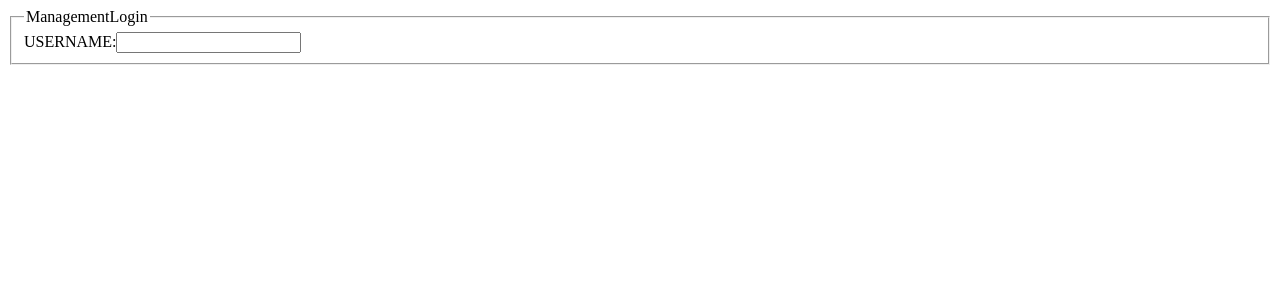
Repository: JanapatlaManojReddy/java
Page: http://localhost/institutionProject/ManagementLogin.jsp
An editor plug-in stored every save of this project. The page is shown before and after the next save, followed by the edit.
The browser window is 1280 px wide. The pictures show the whole page.
The page is served by Tomcat 9. Other server files are loaded and not shown.

Above is the page before, as saved 2023-08-20 17:25:51.

### institutionProject/src/main/webapp/ManagementLogin.jsp
<%@ page language="java" contentType="text/html; charset=ISO-8859-1"
    pageEncoding="ISO-8859-1"%>
<!DOCTYPE html>
<html>
<head>
<style>
p{
diplay:block;
}
.container #user_error,
.container #pass_error{
color:red;
display:none;

}

</style>
<meta charset="ISO-8859-1">
<title>Insert title here</title>
</head>
<script type="text/javascript" src="formValidation.js"> </script>
<body>
<form  name="myform" action="ManagerServlet" onsubmit="return validation()" method="post">
<fieldSet>
<legend>ManagementLogin</legend>
<div class="container">
<div id="usname">USERNAME:<input type="text" name="username"></div>

<div id="user_error" ><div>
<div id="psword">password:</div>
<input type="password" name="password">
<div id="pass_error" ></div>
<input type="submit" value="submit">

</div>
</fieldSet>
</form>

</body>
</html>

### institutionProject/src/main/webapp/formValidation.js
/**
 *
 */
function validation(){
	var username =document.myform.username.value;
	var password =document.myform.password.value;
	if(username==null|| username.length<3){
		document.geElementById("user").innerHTML="enter a valid username"
		return false;
	}
	else if(password.length<6){

		document.getElementById("pass").innerHTML="length of password must be greterthen 6 letters"
		return false;
	}


}

After the next save:
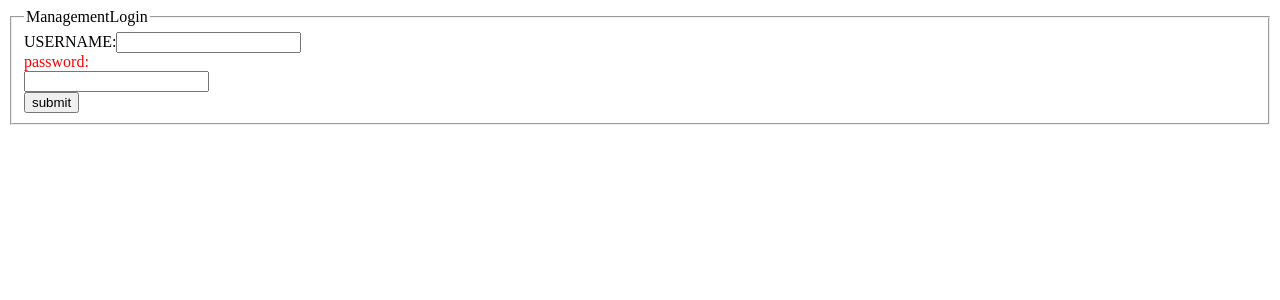
Saved 29 s later.
--- a/institutionProject/src/main/webapp/ManagementLogin.jsp
+++ b/institutionProject/src/main/webapp/ManagementLogin.jsp
@@ -10,7 +10,7 @@ diplay:block;
 .container #user_error,
 .container #pass_error{
 color:red;
-display:none;
+
 
 }
 
